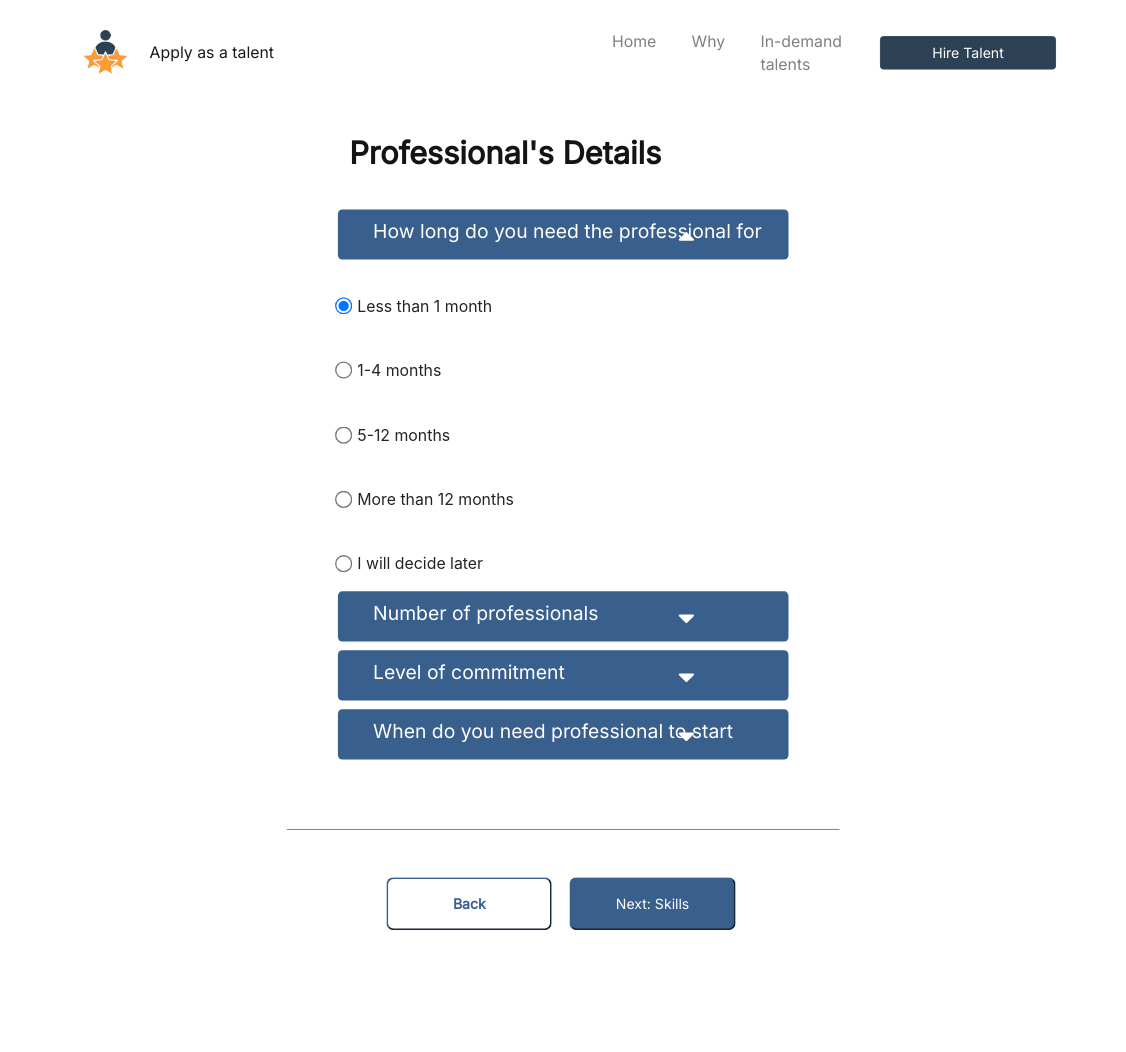
Repository: Ashwe9/talent-hire-reactJs
Page: /professionaldetails, after clicking the first element matching `div.dropdowns-box`
An editor plug-in stored every save of this project. The page is shown before and after the next save, followed by the edit.
The browser window is 1280 px wide. The pictures show the whole page, at 88% of full size.
The first `input[type="radio"]` is checked.
The project was rebuilt for these pictures with package versions that can differ from the ones it lists, and the page was loaded fresh each time. Also part of the build but not shown: src/homePage/components/TrustedBy/TrustedBy.css, src/homePage/components/TrustedBy/TrustedBy.js, src/homePage/components/Roles/Roles.css, src/homePage/components/Roles/Roles.js, src/homePage/components/homePageFooter/HomePageFooter.css, src/homePage/components/homePageFooter/HomePageFooter.js, src/homePage/HomePage.js, src/kpisPage/Header.css and 9 more.

Above is the page before, as saved 2022-08-22 00:09:40.

### public/index.html
<!DOCTYPE html>
<html lang="en">
  <head>
    <meta charset="utf-8" />
    <link rel="icon" href="%PUBLIC_URL%/favicon.ico" />
    <meta name="viewport" content="width=device-width, initial-scale=1" />
    <meta name="theme-color" content="#000000" />
    <meta
      name="description"
      content="Web site created using create-react-app"
    />
    <link rel="manifest" href="%PUBLIC_URL%/manifest.json" />
    <link rel="stylesheet" href="https://stackpath.bootstrapcdn.com/bootstrap/4.4.1/css/bootstrap.min.css" integrity="sha384-Vkoo8x4CGsO3+Hhxv8T/Q5PaXtkKtu6ug5TOeNV6gBiFeWPGFN9MuhOf23Q9Ifjh" crossorigin="anonymous">
    <link href='https://fonts.googleapis.com/css?family=Inter' rel='stylesheet'>

    <title>App</title>
  </head>
  <body>
    <noscript>You need to enable JavaScript to run this app.</noscript>
    <div id="root"></div>
    <script src="https://code.jquery.com/jquery-3.4.1.slim.min.js" integrity="sha384-J6qa4849blE2+poT4WnyKhv5vZF5SrPo0iEjwBvKU7imGFAV0wwj1yYfoRSJoZ+n" crossorigin="anonymous"></script>
    <script src="https://cdn.jsdelivr.net/npm/popper.js@1.16.0/dist/umd/popper.min.js" integrity="sha384-Q6E9RHvbIyZFJoft+2mJbHaEWldlvI9IOYy5n3zV9zzTtmI3UksdQRVvoxMfooAo" crossorigin="anonymous"></script>
    <script src="https://stackpath.bootstrapcdn.com/bootstrap/4.4.1/js/bootstrap.min.js" integrity="sha384-wfSDF2E50Y2D1uUdj0O3uMBJnjuUD4Ih7YwaYd1iqfktj0Uod8GCExl3Og8ifwB6" crossorigin="anonymous"></script>  </body>
</html>

### src/App.js
import React from 'react'
import { BrowserRouter as Router, Route, Routes, Navigate } from 'react-router-dom';
import { HomePage } from './homePage/HomePage';
import KPISPage from './kpisPage/KPISPage';
import ProjectDetails from './projectDetails/ProjectDetails';
import ProfessionalDetails from './professionalDetails/ProfessionalDetails';

function App() {
  return (
    <Router>
      <Routes>
        <Route exact path="*" element={<Navigate to="/" replace />}/>
        <Route exact path="/" element={<HomePage />} />
        <Route exact path="/kpis" element={<KPISPage />} />
        <Route exact path="/projectdetails" element={<ProjectDetails />} />
        <Route exact path="/professionaldetails" element={<ProfessionalDetails />} />

      </Routes>
    </Router>
  );
}

export default App;

### src/professionalDetails/ProfessionalDetails.js
import React from 'react'
import './ProfessionalDetails.css'
import { Navbar } from '../shared-components/Navbar/Navbar'
import { Footer } from '../shared-components/Footer/Footer'
import DropDown from './DropDown'
import Header from './Header'

const ProfessionalDetails = () => {
  return (
    <div>
      <Navbar />
      <Header />
      <DropDown title="How long do you need the professional for"/>
      <DropDown title="Number of professionals"/>
      <DropDown title="Level of commitment"/>
      <DropDown title="When do you need professional to start"/>
      <Footer nextTitle="Next: Skills" nextPath="/skills" previousPath="/projectdetails" />
    </div>
  )
}

export default ProfessionalDetails

### src/shared-components/Navbar/Navbar.js
import React from 'react'
import './Navbar.css'
import { Navigate, useNavigate } from 'react-router-dom'

export const Navbar = () => {
  let navigate = useNavigate();

  return (
    <nav className="navbar navbar-expand-lg navbar-light">
      <img src= {require('../../assets/icon.png')} className="icon"/>
      <a className="navbar-brand title" href="#">Apply as a talent</a>
      <button className="navbar-toggler" type="button" data-toggle="collapse" data-target="#navbarText" aria-controls="navbarText" aria-expanded="false" aria-label="Toggle navigation">
        <span className="navbar-toggler-icon"></span>
      </button>
      <div className="collapse navbar-collapse" id="navbarText">
        <ul className="navbar-nav mr-auto">
          <li className="nav-item">
            <a className="nav-link" href="" onClick={() => {
                navigate('/', { replace: true });
              } }>Home</a>
          </li>

          <li className="nav-item">
            <a className="nav-link" href="#">Why</a>
          </li>
          <li className="nav-item">
            <a className="nav-link" href="#">In-demand talents</a>
          </li>
        </ul>
        <span className="navbar-text">
          <button className='btn btn-dark navbar-btn'>Hire Talent</button>
        </span>
      </div>
    </nav>
  )
}

### src/shared-components/Footer/Footer.js
import React from 'react'
import './Footer.css'
import { useNavigate  } from 'react-router-dom'


export  const Footer = ({nextTitle, nextPath, previousPath}) => {

  let navigate = useNavigate();

  const goNext = () => {
    let path =  nextPath;
    navigate(path);
  };
  const goBack = () => {
    let path =  previousPath;
    navigate(path);
  };

  return (
      <footer>
        <div className='Footer-box'>
            <hr id="footer-line"/>
            <div className='buttons'>
              <button className='Footer-button-back'
              onClick={goBack}
                >Back</button>

              <button className='Footer-button-next'
              onClick={goNext}
                >{nextTitle}</button>
        </div>
        </div>
      </footer>
    )
  }

### src/professionalDetails/DropDown.js
import {FaCaretDown, FaCaretUp} from 'react-icons/fa'
import React , { useState } from 'react'
import './DropDown.css'
import Details from './Details'


const DropDown = ({title}) => {
    const [x, setCount] = useState(0);
    const incrementCount = () => {
        setCount(x + 1);
      };

  return (
    <div>
        <div className='dropdowns-box' onClick={incrementCount} >
            <p className='dropdowns-title'>{title}</p>
            <a> { x%2===0 ? <FaCaretDown id='icons' size={30} style={{}} /> : <FaCaretUp id='icons' size={30} style={{}} />}</a>
        </div>
        {x%2===1 ? <Details title={title} /> : <></>}
    </div>
  )
}

export default DropDown

### src/professionalDetails/Header.js
import React from 'react'

const Header = () => {
  return (
    <div className='headers-box'>
        <p className='header'>
            Professional's Details
        </p>
    </div>
  )
}

export default Header

### src/shared-components/Navbar/Navbar.css
.icon{
    width: 80px;
}

.title{
    font-family: "Inter";
    font-style: normal;
    font-weight: 500;
    font-size: 18px;
    line-height: 28px;
    align-items: center;
    color: #444444;
    padding-left: 10px;
}

#navbarText{
    margin-left: 30%;
}
.navbar-items{
    margin: 0 35%;

}

.nav-item{
    font-family: "Inter";
    font-style: normal;
    font-weight: 500;
    font-size: 18px;
    align-items: center;
    color: #444444;
    padding-left: 24px;
}

.navbar-btn{
    font-family: "Inter";
    font-style: bold;
    background: #2c4154;
    /* padding: 5px 50px; */
    border-color: #2c4154;
    width: 200px;
}

.navbar{
    margin: 10px 5%;
}

@media only screen and (max-width: 600px) {
    body {
      background-color: lightblue;
    }
  }

### src/shared-components/Footer/Footer.css
#footer-line{
    background-color: gray;
    width: 50%;
}

.Footer-box{
    margin-top: 50px;
    padding: 1%;
}

.buttons{
    display: flex;
}

.Footer-button-back{
    margin-top: 3%;
    /* margin-left: 30%; */
    font-family: "Inter";
    font-style: bolder;
    font-weight: 700;
    padding: 1% 1%;
    background-color: white;
    border-color: #395f8c;
    color: #395f8c;
    height: 60px;
    width: 15%;
    border-radius: 0.5rem;
    margin-left: 34%;
    margin-bottom: 10%;
}
.Footer-button-next{
    margin-top: 3%;
    /* margin-left: 30%; */
    font-family: "Inter";
    font-style: bold;
    font-weight: 500;
    background: #395f8c;
    border-color: #395f8c;
    padding: 1% 1%;
    height: 60px;
    width: 15%;
    border-radius: 0.5rem;
    margin-bottom: 10%;
    margin-left: 20px;
    color: white;
    line-height: 1;
}

@media only screen and (max-width: 700px) {
    #footer-line{
        background-color: gray;
        width: 80%;
    }
    .Footer-button-next{
        padding: 2% ;
        height: 10%;
        width: fit-content;
        margin-left: 5%;
        font-size: 12px;
    }
    .Footer-button-back{
        padding: 2% ;
        height: 10%;
        width: 20%;
        margin-left: 20%;
        font-size: 12px;
    }
}

### src/projectDetails/Header.css
.headers-box{
    padding: 3%;
    padding-bottom: 0%;
    align-items: center;
    width: 40%;
    margin-left: 28%;
}

.header{
    font-family: "Inter";
    font-style: bolder;
    font-weight: 800;
    font-size: 35px;
    line-height: 30px;
    align-items: center;
    color: #141414;
    margin-bottom: 50px;
}

.header-by-title{
    font-family: "Inter";
    font-style: bolder;
    font-weight: 700;
    font-size: 25px;
    line-height: 30px;
    align-items: center;
    color: #141414;
}


@media only screen and (max-width: 700px) {

    .header-by-title{
        font-size: 16px;
    }

    .header-box{
        margin-left: 40px;
        width: 100%;
    }
  }
@media only screen and (max-width: 450px) {
    .header-by-title{
        font-size: 13px;
    }
    .header-box{
        margin-left: 70px;
        width: 100%;
    }
}

### src/professionalDetails/DropDown.css
.dropdowns-box{
    padding-top: 10px;
    padding-bottom: 1px;
    width: 40%;
    background-color: #395f8c;
    border-radius: 5px;
    display: flex;
    cursor: pointer;
    margin-bottom: 10px;
    margin-left: 30%;

}

.dropdowns-title{
    font-family: "Inter";
    font-style: bolder;
    font-weight: 300;
    font-size: 22px;
    line-height: 30px;
    align-items: center;
    color: white;
    margin-left: 40px;
}

#icons{
    color: white;
    position:absolute;
    right:480px;
}


@media only screen and (max-width: 700px) {

    .dropdowns-title{
        font-size: 16px;
        margin-left: 15px;
    }

    .dropdowns-box{
        margin-left: 60px;
        width: 75%;
    }
    #icon{
        opacity: 0;
    }
  }
@media only screen and (max-width: 450px) {
    .dropdowns-title{
        font-size: 11px;
        margin-left: 0;
    }
    .dropdowns-box{
        margin-left: 30px;
        width: 60%;
    }

    #icon{
        opacity: 0;
    }
}

### src/kpisPage/Talents.css
.talents-box{
    margin-left: 515px;
}

.talent-item-active{
    background: #FFFFFF;
    border: 1px solid #395F8C;
    box-sizing: border-box;
    box-shadow: 0px 4px 14px 1px rgba(0, 0, 0, 0.04);
    border-radius: 6px;
    display: flex;
    padding: 10px;
    padding-right: 32px;
    width: fit-content;
    margin-right: 10px;
}

#icons{
    color: #395F8C;
    position:absolute;
    margin-top: 5px;
    margin-left: 15px;
    margin-right: 5px;
}

.talent-item{
    opacity: 0.8;
    background: #f0f0f0;
    border: 0.2px solid #f0f0f0;
    box-sizing: border-box;
    box-shadow: 0px 2px 14px 1px rgba(0, 0, 0, 0.06);
    border-radius: 6px;
    display: flex;
    padding: 10px;
    padding-right: 32px;
    width: fit-content;
    margin-right: 10px;
}


.talent-item-paragraph-active{
    font-family: "Inter";
    font-style: normal;
    font-weight: bolder;
    font-size: 16px;
    display: flex;
    align-items: center;
    color: #395f8c;
}

.talent-item-paragraph{
    font-family: "Inter";
    font-style: normal;
    font-weight: normal;
    font-size: 16px;
    display: flex;
    align-items: center;
    opacity: 0.8;
    color: #6d7686;
}


@media only screen and (max-width: 700px) {
    .talent-item-paragraph-active{
        font-size: 10px;
    }

    .talent-item-paragraph{
        font-size: 10px;
        font-weight: bold;
    }

    .talents-box{
        margin-left: 80px;
    }

    .talent-item{
        opacity: 0.8;
        background: #f0f0f0;
        box-sizing: border-box;
        display: flex;
        width: fit-content;
        margin-bottom: 5px;
    }

    .talent-item-active{
        opacity: 0.8;
        background: #f0f0f0;
        box-sizing: border-box;
        display: flex;
        width: fit-content;
    }

    #icons{
        color: #395F8C;
        position:absolute;
        margin-top: 2px;
        margin-left: 2px;
        margin-right: 0.5px;
    }
  }
@media only screen and (max-width: 450px) {
    .talent-item-paragraph-active{
        font-size: 8px;
    }

    .talent-item-paragraph{
        font-size: 8px;
    }
    .talents-box{
        margin-left: 110px;
    }

    .talent-item{
        opacity: 0.8;
        background: #f0f0f0;
        box-sizing: border-box;
        display: flex;
        width: fit-content;
    }

    .talent-item-active{
        opacity: 0.8;
        background: #f0f0f0;
        box-sizing: border-box;
        display: flex;
        width: fit-content;
    }
}

input[type="checkbox"] { /* change "blue" browser chrome to yellow */
    filter: invert(20%) hue-rotate(15deg) brightness(1.4);
  }

### src/professionalDetails/Details.css
.detailpro-item{
    margin-left: 30%;
    margin-top: 3%;
    font-size: large;
}

.detailpro-item-active{
    margin-left: 30%;
    margin-top: 3%;
    font-size: large;
    color: #48a97b;
}

input[type="radio"]{
    -ms-transform: scale(1.5); /* IE 9 */
    -webkit-transform: scale(1.5); /* Chrome, Safari, Opera */
    transform: scale(1.5);
    margin-right: 1%;

}

input[type="radio"]:checked:after{
    -ms-transform: scale(1.5); /* IE 9 */
    -webkit-transform: scale(1.5); /* Chrome, Safari, Opera */
    transform: scale(1.5);
    margin-right: 1%;
    background-color: #48a97b;
}

Loaded but not shown: src/index.js (common file); src/reportWebVitals.js (common file); src/professionalDetails/Details.js (108 lines, source omitted); src/index.css (no stored copy; drawn as an empty file); src/kpisPage/KPISPage.css (no stored copy; drawn as an empty file); src/professionalDetails/ProfessionalDetails.css (no stored copy; drawn as an empty file)

After the next save:
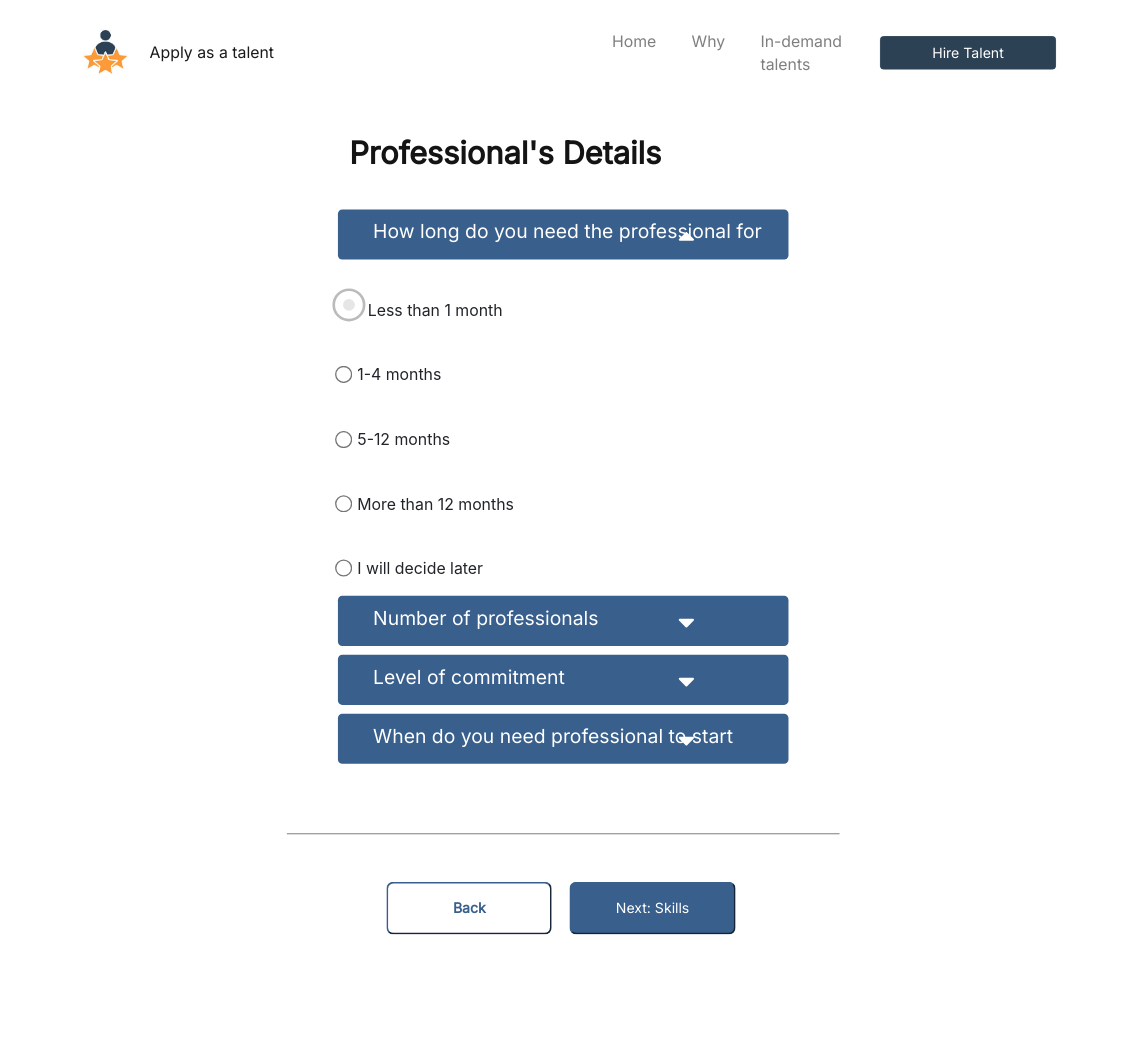
Saved 87 s later.
--- a/src/professionalDetails/Details.css
+++ b/src/professionalDetails/Details.css
@@ -19,10 +19,18 @@
 
 }
 
-input[type="radio"]:checked:after{
-    -ms-transform: scale(1.5); /* IE 9 */
-    -webkit-transform: scale(1.5); /* Chrome, Safari, Opera */
-    transform: scale(1.5);
-    margin-right: 1%;
-    background-color: #48a97b;
+input[type="radio"]:checked{
+    -webkit-appearance: none;
+  -moz-appearance: none;
+  appearance: none;
+  /* create custom radiobutton appearance */
+  display: inline-block;
+  width: 25px;
+  height: 25px;
+  padding: 6px;
+  /* background-color only for content */
+  background-clip: content-box;
+  border: 2px solid #bbbbbb;
+  background-color: #e7e6e7;
+  border-radius: 50%;
 }

After the save that followed:
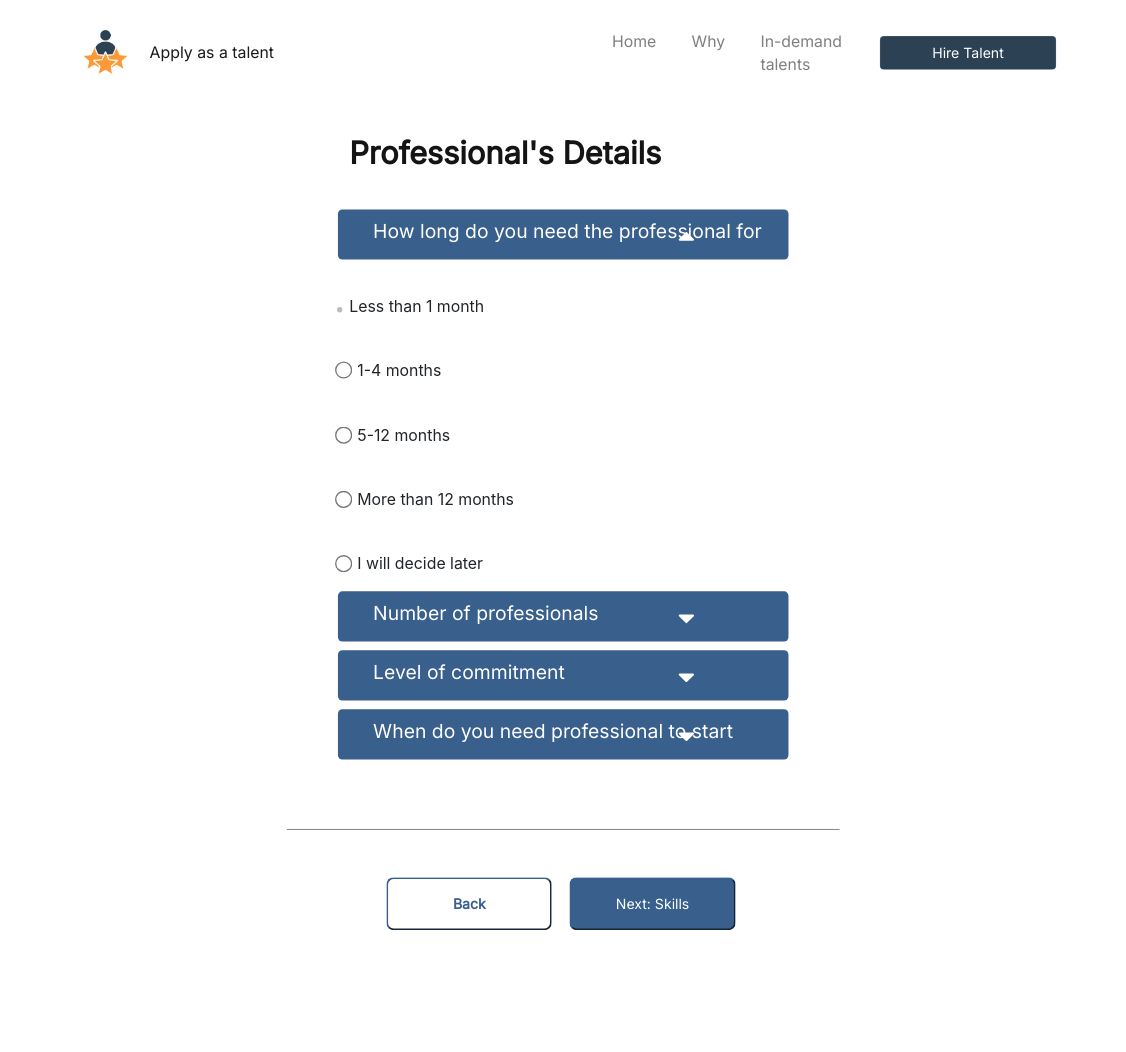
Saved 30 s later.
--- a/src/professionalDetails/Details.css
+++ b/src/professionalDetails/Details.css
@@ -20,14 +20,15 @@
 }
 
 input[type="radio"]:checked{
-    -webkit-appearance: none;
+  -webkit-appearance: none;
   -moz-appearance: none;
   appearance: none;
   /* create custom radiobutton appearance */
   display: inline-block;
-  width: 25px;
-  height: 25px;
-  padding: 6px;
+  -ms-transform: scale(1.5); /* IE 9 */
+  -webkit-transform: scale(1.5); /* Chrome, Safari, Opera */
+  transform: scale(1.5);
+  margin-right: 1%;
   /* background-color only for content */
   background-clip: content-box;
   border: 2px solid #bbbbbb;
